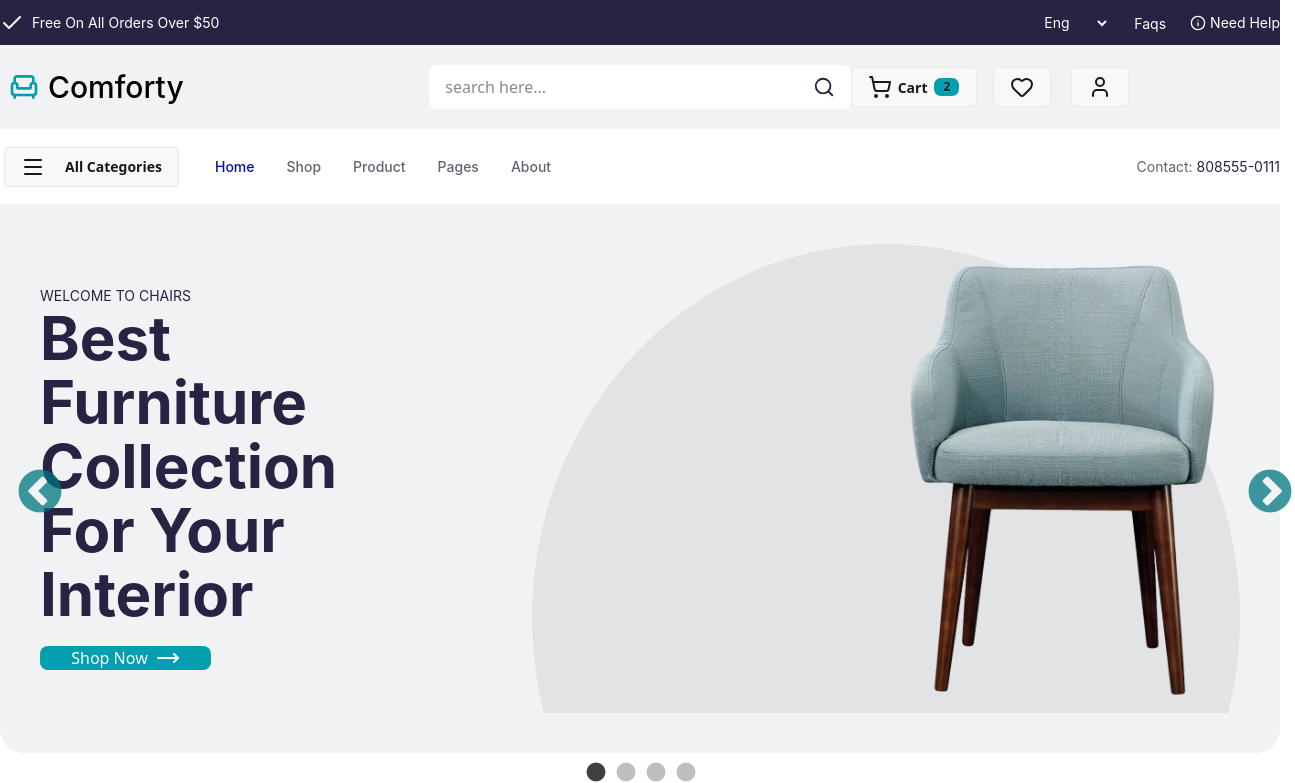
Repository: Neda0o0/store-template-website
Page: /
The author's editor kept a copy of each file at every save. The page is drawn from the files as they stood at one save, then again after the next save.
The browser window is 1280 px wide. The page is 1295 px wide, so the pictures cover 1295 px, including what lies to the right of the window. The pictures show the whole page.
The project was rebuilt for these pictures with package versions that can differ from the ones it lists, and the page was loaded fresh each time. Also part of the build but not shown: vite.config.js, src/Pages/Auth/Auth.jsx, src/Pages/Auth/Login/Login.jsx, src/Pages/Auth/Register/Register.jsx, src/Pages/Error/Error.jsx, src/AuthCheck/AuthCheck.jsx.

Above is the page before, as saved 2025-10-23 12:00:10.

### index.html
<!DOCTYPE html>
<html lang="en">
  <head>
    <meta charset="UTF-8" />
    <link rel="icon" type="image/svg+xml" href="/vite.svg" />
    <meta name="viewport" content="width=device-width, initial-scale=1.0" />
    <title>new-project</title>
  </head>
  <body>
    <div id="root"></div>
    <script type="module" src="/src/main.jsx"></script>
  </body>
</html>

### src/main.jsx
import { StrictMode } from "react";
import { createRoot } from "react-dom/client";
import MainLayout from "./MainLayout/MainLayout";
import "./index.css";

createRoot(document.getElementById("root")).render(
  <StrictMode>
    <MainLayout />
  </StrictMode>
);

### src/MainLayout/MainLayout.jsx
import { BrowserRouter, Route, Routes } from "react-router";
import Navbar from "../components/Navbar/Navbar";
import Home from "../Pages/Home/Home";
import Auth from "../Pages/Auth/Auth";
import Login from "../Pages/Auth/Login/Login";
import Register from "../Pages/Auth/Register/Register";
import Error from "../Pages/Error/Error";
import AuthCheck from "../AuthCheck/AuthCheck";

const MainLayout = () => {
  return (
    <BrowserRouter>
      {/* Navbar */}
      <Navbar />
      <Routes>
        <Route
          path="/"
          element={
            <AuthCheck>
              <Home />
            </AuthCheck>
          }
        />
        <Route path="auth" element={<Auth />}>
          <Route path="login" element={<Login />} />
          <Route path="register" element={<Register />} />
        </Route>
        {/* not found routes */}
        <Route path="*" element={<Error />} />
      </Routes>
    </BrowserRouter>
  );
};
export default MainLayout;

### src/index.css
@import "tailwindcss";
@plugin "daisyui";

/* google font inter */
@import url("https://fonts.googleapis.com/css2?family=Inter:ital,opsz,wght@0,14..32,100..900;1,14..32,100..900&display=swap");

@theme {
  --font-inter: "Inter", sans-serif;
}

.banner_slide_item {
  display: flex !important;
  justify-content: space-between;
  align-items: center;
  gap: 7.5rem;
}

.banner_image {
  position: relative;
}
.banner_image::before {
  content: "";
  position: absolute;
  top: 0;
  right: 0;
  max-width: 747px;
  width: 100%;
  min-height: 747px;
  height: 100%;
  background-color: #e1e3e5;
  border-radius: 100%;
  z-index: -1;
}
.slick-prev,
.slick-next {
  z-index: 5 !important;
}
.slick-prev:before,
.slick-next:before {
  font-family: "slick";
  font-size: 50px !important;
  line-height: 1;
  opacity: 0.75;
  color: #007580 !important;
  -webkit-font-smoothing: antialiased;
  -moz-osx-font-smoothing: grayscale;
}
.slick-dots {
  position: absolute;
  bottom: -70px !important;
  display: block;
  width: 100%;
  padding: 0;
  margin: 0;
  list-style: none;
  text-align: center;
}
.slick-dots li button:before {
  font-family: "slick";
  font-size: 22px !important;
  line-height: 20px;
  position: absolute;
  top: 0;
  left: 0;
  width: 20px;
  height: 20px;
  text-align: center;
  opacity: 0.25;
  color: black;
  -webkit-font-smoothing: antialiased;
  -moz-osx-font-smoothing: grayscale;
}

### src/components/Navbar/Navbar.jsx
import {
  Armchair,
  Check,
  Info,
  Search,
  ShoppingCart,
  Heart,
  User,
  Menu,
} from "lucide-react";
import { Link, NavLink } from "react-router-dom";

const Navbar = () => {
  return (
    <div>
      {/* navbar top */}
      <div className="navbar_top flex items-center justify-center bg-[#272343] w-full h-[45px]">
        <div className="lg:container flex justify-between items-center">
          <p className="flex items-center gap-2 text-sm font-inter font-normal text-white capitalize">
            <Check />
            Free on all orders over $50
          </p>
          <div className="navbar_top_right flex items-center gap-6">
            <select
              defaultValue="Server location"
              className=" bg-none h-[30px] w-[70px] text-sm font-inter font-normal capitalize text-white"
            >
              <option>Eng</option>
              <option>Farsi</option>
            </select>
            <button>
              <Link className="text-sm text-white font-inter font-normal capitalize ">
                Faqs
              </Link>
            </button>
            <button>
              <Link className="flex items-center gap-1 text-sm  text-white font-inter font-normal capitalize">
                <Info size={16} />
                Need help
              </Link>
            </button>
          </div>
        </div>
      </div>
      {/* navbar middle */}
      <div className="navbar middle flex items-center justify-center bg-[#f0f2f3] w-full h-[84px]">
        <div className="lg:container grid grid-cols-3 items-center">
          <div className="logo_wrapper">
            <Link
              to="/"
              className="text-3xl text-black font-inter font-medium capitalize flex items-center gap-2"
            >
              <Armchair size="2rem" color="#029fae" /> Comforty
            </Link>
          </div>
          <div className="search_box">
            <form action="#" className="max-w-[443px] h-[44px] relative">
              <input
                type="text"
                placeholder="search here..."
                className=" max-w-[443px] w-full h-full bg-white rounded-lg pl-4 "
              />
              <button className="absolute to-50% right-4 translate-y-1/2">
                <Search size="22px" color="#272343" />
              </button>
            </form>
          </div>
          {/* navbar middle right */}
          <div className="navbar_middle_right flex items-center gap-4">
            <button className="btn capitalize">
              <ShoppingCart /> cart
              <div className="badge badge-sm bg-[#029fae]">2</div>
            </button>
            <button className="btn capitalize">
              <Heart />
            </button>

            <div className="dropdown">
              <div tabIndex={0} role="button" className="btn m-1">
                <User />
              </div>
              <ul
                tabIndex="-1"
                className="dropdown-content menu bg-base-100 rounded-box z-1 w-52 p-2 shadow-sm"
              >
                <li>
                  <Link>Account</Link>
                </li>
                <li>
                  <Link>Logout</Link>
                </li>
              </ul>
            </div>
          </div>
        </div>
      </div>

      {/* navbar bottom */}
      <div className="navbar_bottom flex items-center justify-center w-full h-[75px] bg-white border-[#ele3e5]">
        <div className="lg:container flex items-center justify-between">
          <div className="navbar_bottom_left flex items-center gap-8">
            <div className="dropdown dropdown-start">
              <div
                tabIndex={0}
                role="button"
                className="btn m-1 flex items-center gap-5 capitalize"
              >
                <Menu /> all categories
              </div>
              <ul
                tabIndex="-1"
                className="dropdown-content menu bg-base-100 rounded-box z-1 w-52 p-2 shadow-sm"
              >
                <li>
                  <a>Chair</a>
                </li>
                <li>
                  <a>Pant</a>
                </li>
                <li>
                  <a>Shirt</a>
                </li>
                <li>
                  <a>T-shirt</a>
                </li>
              </ul>
            </div>
            <nav className="flex items-center gap-8">
              <NavLink
                to="/"
                className="text-sm text-[#020fae] font-inter font-medium capitalize"
              >
                Home
              </NavLink>
              <NavLink className="text-sm text-[#636270] font-inter font-medium capitalize">
                shop
              </NavLink>
              <NavLink className="text-sm text-[#636270] font-inter font-medium capitalize">
                product
              </NavLink>
              <NavLink className="text-sm text-[#636270] font-inter font-medium capitalize">
                pages
              </NavLink>
              <NavLink className="text-sm text-[#636270] font-inter font-medium capitalize">
                about
              </NavLink>
            </nav>
          </div>

          <div className="navbar_bottom_right">
            <p className="text-sm text-[#636270] font-inter font-normal capitalize">
              contact: <span className="text-[#272343]">{808}555-0111</span>
            </p>
          </div>
        </div>
      </div>
    </div>
  );
};
export default Navbar;

### src/Pages/Home/Home.jsx
import Banner from "../../components/Banner/Banner";
import Delivery from "../../components/Delivery/Delivery";
const Home = () => {
  return (
    <div>
      {/* banner component */}
      <div className="w-full rounded-b-3xl bg-[#f0f2f3] min-h-[85px] flex items-center justify-center ">
        <Banner></Banner>
      </div>
      {/* delivery component */}
      <div className="w-full min-h[#150px] shadow-md bg-white ">
        <Delivery></Delivery>
      </div>
    </div>
  );
};
export default Home;

### src/components/Banner/Banner.jsx
import "slick-carousel/slick/slick.css";
import "slick-carousel/slick/slick-theme.css";
import Slider from "react-slick";
import { MoveRight } from "lucide-react";

const Banner = () => {
  const products = [
    {
      id: 1,
      title: "Best Furniture collection for your interior ",
      subTitle: "welcome to chairs",
      image: "/src/assets/Banner/banner_image.png",
    },
    {
      id: 2,
      title: "Best Furniture collection for your interior ",
      subTitle: "welcome to chairs",
      image: "/src/assets/Banner/banner_image.png",
    },
    {
      id: 3,
      title: "Best Furniture collection for your interior ",
      subTitle: "welcome to chairs",
      image: "/src/assets/Banner/banner_image.png",
    },
    {
      id: 4,
      title: "Best Furniture collection for your interior ",
      subTitle: "welcome to chairs",
      image: "/src/assets/Banner/banner_image.png",
    },
  ];
  const settings = {
    dots: true,
    infinite: true,
    speed: 500,
    slidesToShow: 1,
    slidesToScroll: 1,
  };
  return (
    <div className="lg:container w-full p-10">
      <div className="slider-container w-full h-full">
        <Slider {...settings}>
          {products?.map((product) => (
            <div key={product?.id} className="banner_slide_item">
              {/* banner text */}
              <div className="banner_text">
                <p className="text-sm font-inter font-normal text-[#272343] uppercase">
                  {product?.subTitle}
                </p>
                <h3 className="text-6xl text-[#272343] font-inter capitalize leading-16 max-w-[631px] w-full font-bold mb-5">
                  {product?.title}
                </h3>
                <button className="max-w-[171px] w-full flex items-center justify-center gap-2 h-[52] bg-[#029fae] rounded-lg cursor-pointer text-white capitalize">
                  shop now <MoveRight />
                </button>
              </div>

              {/* banner image */}
              <div className="banner_image w-full h-full flex items-center justify-end">
                <img
                  className="w-[50%]"
                  src={product?.image}
                  alt={product?.title}
                />
              </div>
            </div>
          ))}
        </Slider>
      </div>
    </div>
  );
};
export default Banner;

### src/components/Delivery/Delivery.jsx
const Delivery = () => {
  return;
};
export default Delivery;

After the next save:
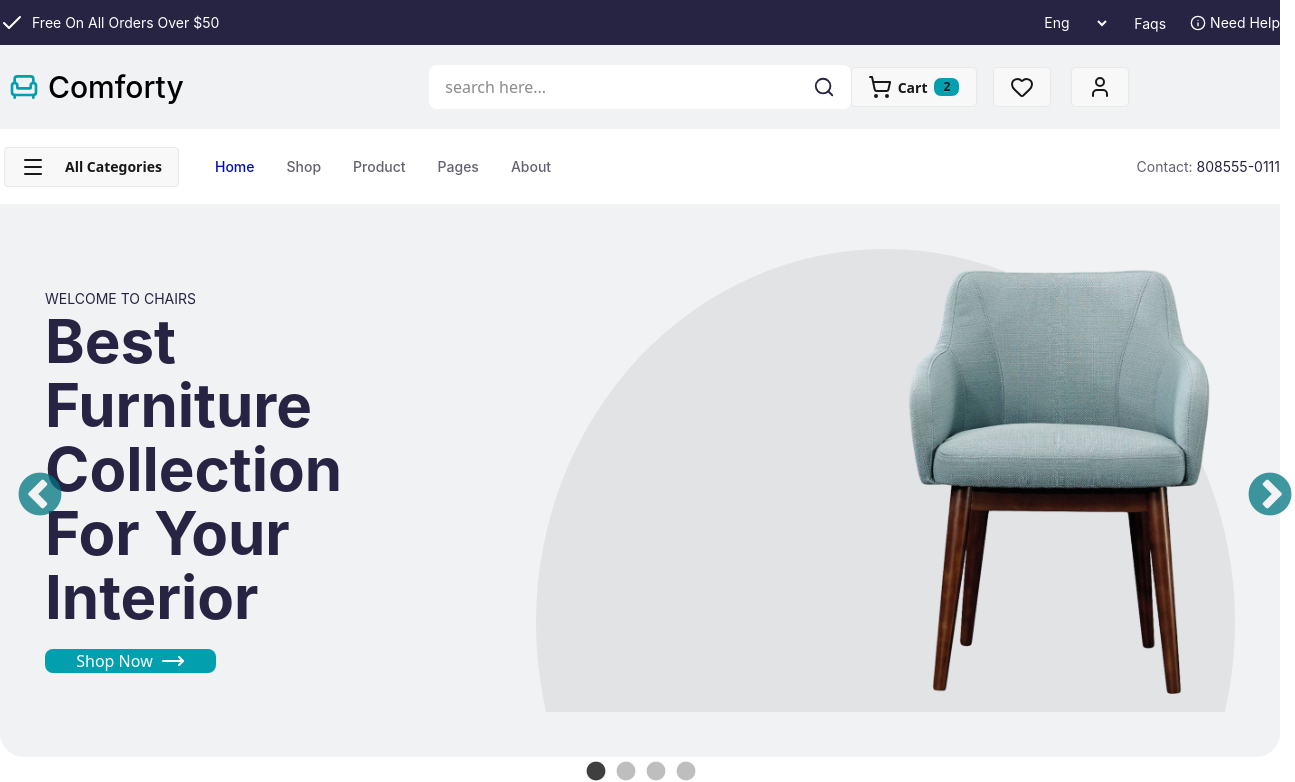
Saved 7 min 17 s later.
--- a/src/index.css
+++ b/src/index.css
@@ -35,6 +35,9 @@
 .slick-next {
   z-index: 5 !important;
 }
+.slick-list {
+  margin: 5px;
+}
 .slick-prev:before,
 .slick-next:before {
   font-family: "slick";
